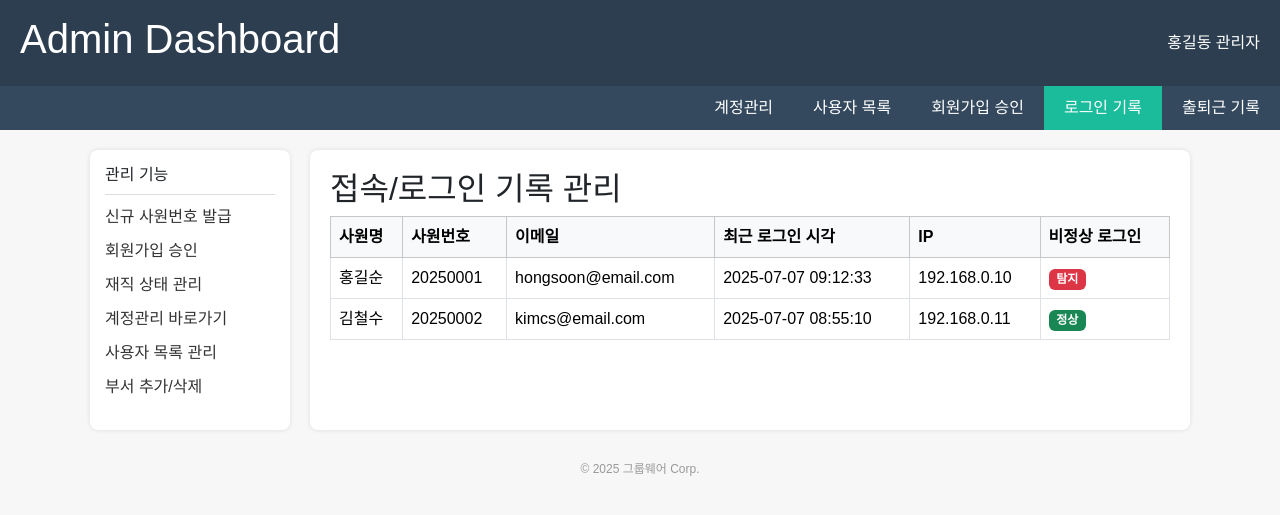
Repository: hyunbin7664/web-java-workspace
Page: groupware/src/main/webapp/admin_login_log.html
The author's editor kept a copy of each file at every save. The page is drawn from the files as they stood at one save, then again after the next save.
The browser window is 1280 px wide. The pictures show the whole page.

Above is the page before, as saved 2025-07-07 08:39:28.

After the next save:
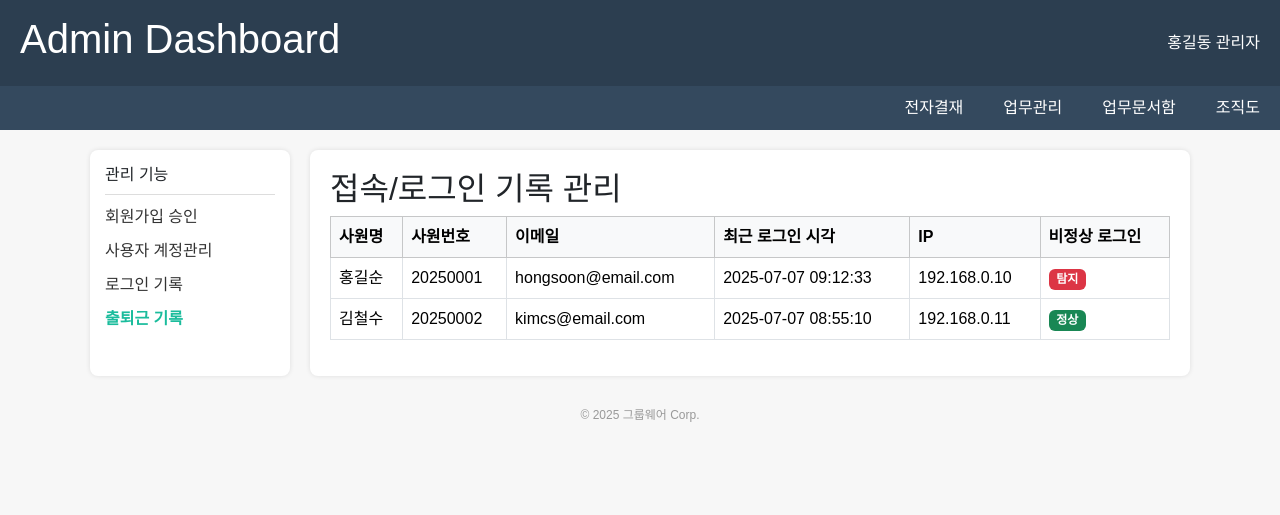
Saved 34 s later.
--- a/groupware/src/main/webapp/admin_login_log.html
+++ b/groupware/src/main/webapp/admin_login_log.html
@@ -97,25 +97,25 @@ footer {
 </head>
 <body>
 	<header>
-		<h1>Admin Dashboard</h1>
+		<h1>
+			<a href="admin_dashboard.html" style="text-decoration: none; color: inherit;">Admin Dashboard</a>
+		</h1>
 		<div>홍길동 관리자</div>
 	</header>
 	<nav>
-		<a href="admin_dashboard.html">계정관리</a> <a href="user_list.html">사용자
-			목록</a> <a href="employee_approval.html">회원가입 승인</a> <a
-			href="login_log.html" class="active">로그인 기록</a> <a
-			href="attendance_log.html">출퇴근 기록</a>
+		<a href="#">전자결재</a>
+		<a href="#">업무관리</a>
+		<a href="#">업무문서함</a>
+		<a href="#">조직도</a>
 	</nav>
 	<div class="container">
 		<div class="sidebar">
 			<h3>관리 기능</h3>
 			<ul>
-				<li><a href="employee_approval.html">신규 사원번호 발급</a></li>
-				<li><a href="employee_approval.html">회원가입 승인</a></li>
-				<li><a href="user_list.html">재직 상태 관리</a></li>
-				<li><a href="admin_dashboard.html">계정관리 바로가기</a></li>
-				<li><a href="user_list.html">사용자 목록 관리</a></li>
-				<li><a href="user_list.html">부서 추가/삭제</a></li>
+				<li><a href="employee_approval.html">회원가입 승인</a> </li>
+				<li><a href="user_list.html">사용자 계정관리</a> </li>
+				<li><a href="login_log.html">로그인 기록</a> </li>
+				<li><a href="attendance_log.html" class="active">출퇴근 기록</a></li>
 			</ul>
 		</div>
 		<div class="main-content">
